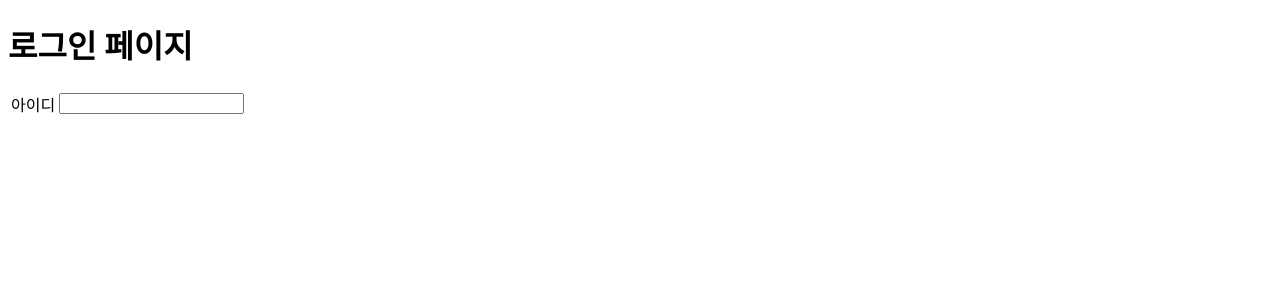
Repository: BEOMJINI/greenJsp
Page: http://localhost/basic/02.22/로그인구현실습/03_21_loginForm.jsp
These files come from the project's save history. The page is drawn as it stood at one moment and after a run of saves; the edit follows.
The browser window is 1280 px wide. The pictures show the whole page.
The page is served by Tomcat 9.

Above is the page before, as saved 2023-02-22 01:52:51.

After the next 2 saves:
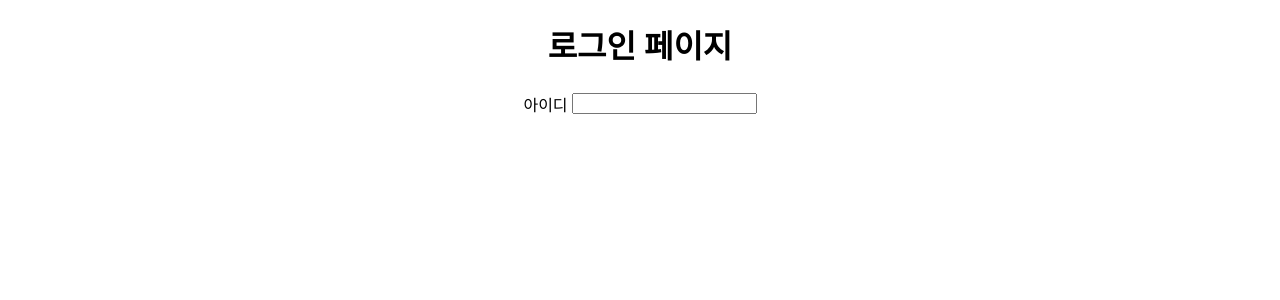
The 2 saves are shown as one change because they came seconds apart.
The last was saved 2 min 23 s later.
--- a/jspWorkspace/basic/src/main/webapp/02.22/로그인구현실습/03_21_loginForm.jsp
+++ b/jspWorkspace/basic/src/main/webapp/02.22/로그인구현실습/03_21_loginForm.jsp
@@ -1,5 +1,5 @@
 <%@ page language="java" contentType="text/html; charset=UTF-8"
-    pageEncoding="UTF-8"%>
+	pageEncoding="UTF-8"%>
 <!DOCTYPE html>
 <html>
 <head>
@@ -7,14 +7,16 @@
 <title>Insert title here</title>
 </head>
 <body>
-<h1> 로그인 페이지 </h1>
-<form method="post" action="loginPro.jsp">
-<table>
-<tr>
-<td>아이디</td>
-<td><input type="text" name="id"></td>
-</tr>
-</table>
-</form>
+	<div align="center">
+		<h1>로그인 페이지</h1>
+		<form method="post" action="loginPro.jsp">
+			<table>
+				<tr>
+					<td>아이디</td>
+					<td><input type="text" name="id"></td>
+				</tr>
+			</table>
+		</form>
+	</div>
 </body>
 </html>
